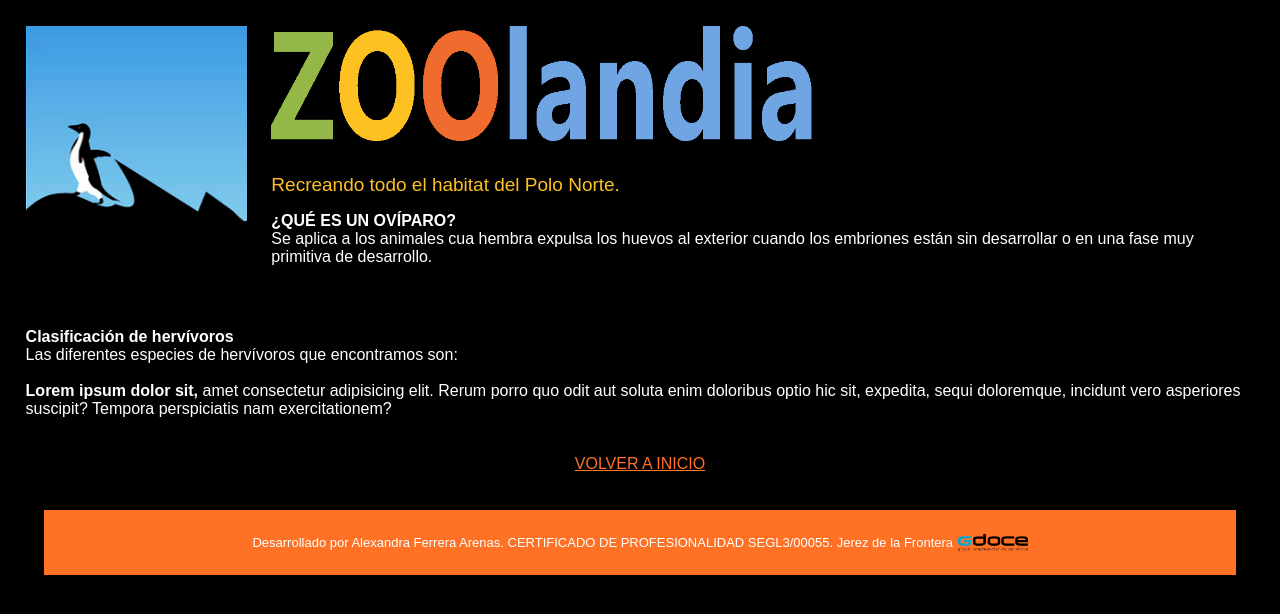
Repository: iSaan86/EV_Pr-ctica_Zoolandia
Page: pinguinario.html
These files come from the project's save history. The page is drawn as it stood at one moment and after the next save; the edit follows.
The browser window is 1280 px wide. The pictures show the whole page.

Above is the page before, as saved 2023-11-27 19:43:09.

After the next save:
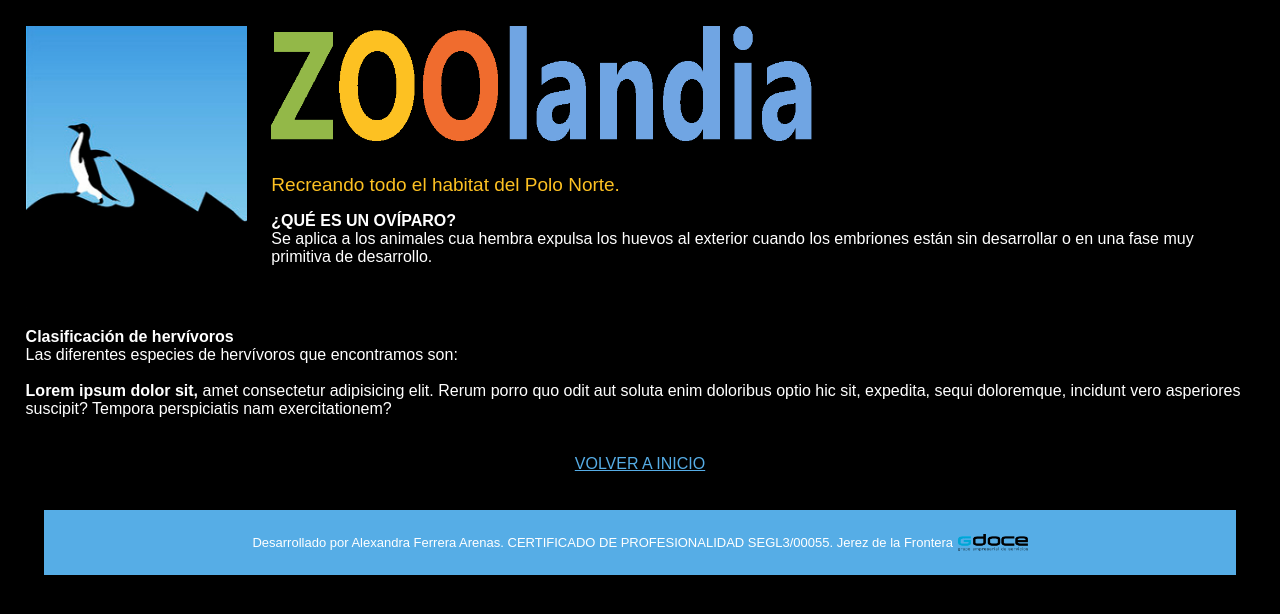
Saved 42 s later.
--- a/pinguinario.html
+++ b/pinguinario.html
@@ -47,12 +47,12 @@
 
     <!--Enlace Volver a Inicio-->
        <section style="width: 100%; justify-content: center; align-items:center; text-align: center; margin: 3% 0%">
-        <a href="index.html" style="color:#ff7125"> VOLVER A INICIO</a>
+        <a href="index.html" style="color:#56ade6"> VOLVER A INICIO</a>
        </section>
 
     <!--Pie de página-->
         <footer style="display: flex; width: 100%; margin:1% 0%; align-items: center; justify-content: center; text-align: center">
-            <section style="display: flex; width: 95%; background-color:#ff7125;align-items: center; justify-content: center; text-align: center; padding:1%">
+            <section style="display: flex; width: 95%; background-color:#56ade6;align-items: center; justify-content: center; text-align: center; padding:1%">
                    <p style="color:white; font-size: 13px">
                         Desarrollado por Alexandra Ferrera Arenas. CERTIFICADO DE PROFESIONALIDAD SEGL3/00055. Jerez de la Frontera
                     </p>
